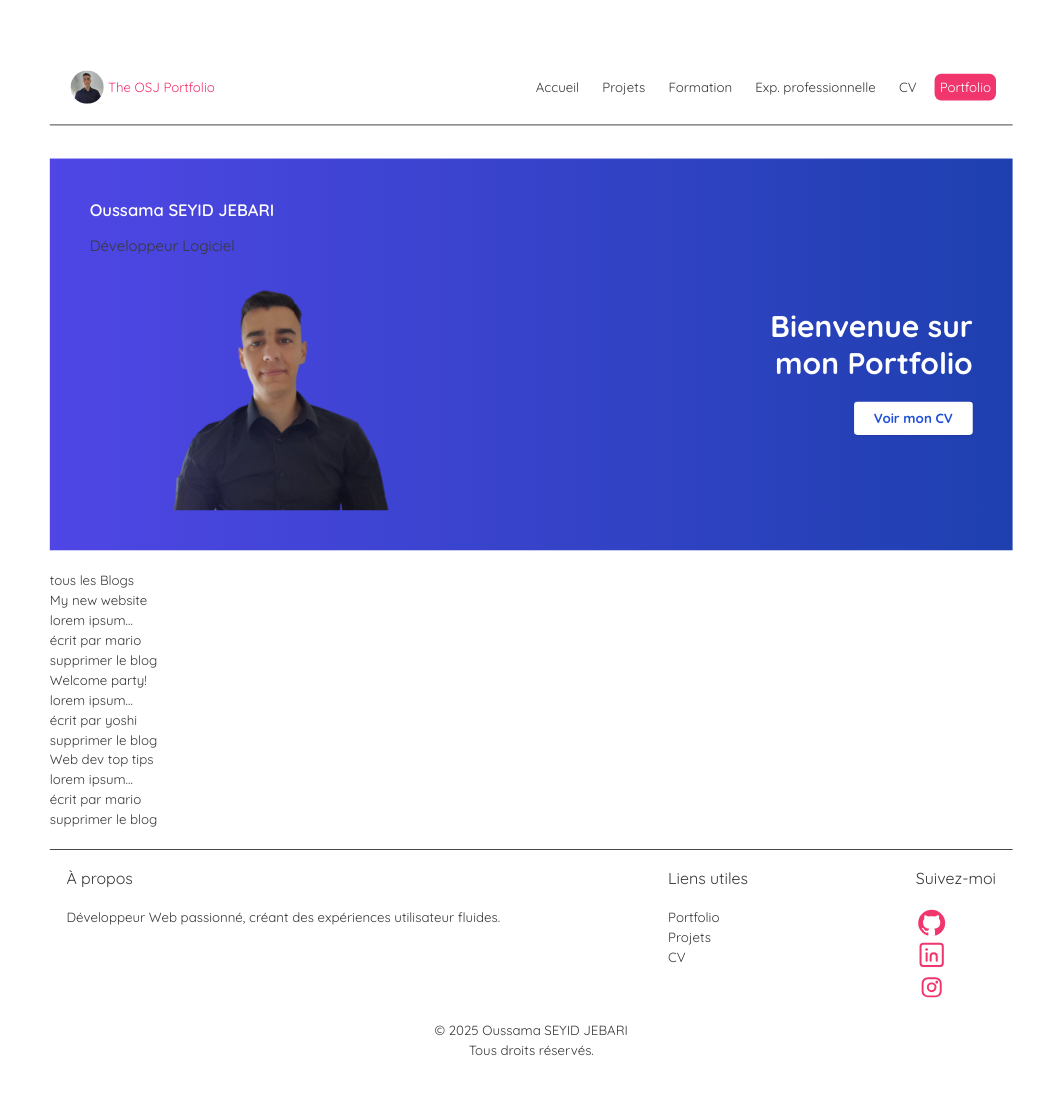
Repository: OussamSJ/Portfolio
Page: /
The author's editor kept a copy of each file at every save. The page is drawn from the files as they stood at one save, then again after the next save.
The browser window is 1280 px wide. The pictures show the whole page, at 83% of full size.
The project was rebuilt for these pictures with package versions that can differ from the ones it lists, and the page was loaded fresh each time. Also part of the build but not shown: src/Random.js, src/Cv.js, src/Expcomponent.js, src/Experiences.js, src/FormationComponent.js, src/Formation.js.

Above is the page before, as saved 2025-05-08 14:56:41.

### public/index.html
<!DOCTYPE html>
<html lang="en">
  <head>
    <meta charset="utf-8" />
    <link rel="icon" href="%PUBLIC_URL%/Logo-Devloper.png" />
    <meta name="viewport" content="width=device-width, initial-scale=1" />
    <meta name="theme-color" content="#000000" />
    <meta
      name="description"
      content="Web site created using create-react-app"
    />
    <link rel="apple-touch-icon" href="%PUBLIC_URL%/logo192.png" />
    <!--
      manifest.json provides metadata used when your web app is installed on a
      user's mobile device or desktop. See https://developers.google.com/web/fundamentals/web-app-manifest/
    -->
    <link rel="manifest" href="%PUBLIC_URL%/manifest.json" />
    <!--
      Notice the use of %PUBLIC_URL% in the tags above.
      It will be replaced with the URL of the `public` folder during the build.
      Only files inside the `public` folder can be referenced from the HTML.

      Unlike "/favicon.ico" or "favicon.ico", "%PUBLIC_URL%/favicon.ico" will
      work correctly both with client-side routing and a non-root public URL.
      Learn how to configure a non-root public URL by running `npm run build`.
    -->
    <title>Portfolio App</title>
  </head>
  <body>
    <noscript>You need to enable JavaScript to run this app.</noscript>
    <div id="root"></div>
    <!--
      This HTML file is a template.
      If you open it directly in the browser, you will see an empty page.

      You can add webfonts, meta tags, or analytics to this file.
      The build step will place the bundled scripts into the <body> tag.

      To begin the development, run `npm start` or `yarn start`.
      To create a production bundle, use `npm run build` or `yarn build`.
    -->
  </body>
</html>

### src/index.css
@import url('https://fonts.googleapis.com/css2?family=Quicksand:wght@300;400;500;600;700&display=swap');
@tailwind base;
@tailwind components;
@tailwind utilities;

/* base styles */
* {
  margin: 0;
  font-family: -apple-system, BlinkMacSystemFont, 'Segoe UI', 'Roboto', 'Oxygen',
    'Ubuntu', 'Cantarell', 'Fira Sans', 'Droid Sans', 'Helvetica Neue',
    sans-serif;
  -webkit-font-smoothing: antialiased;
  -moz-osx-font-smoothing: grayscale;
  font-family: "Quicksand";
  color: #3b3737;
}

code {
  font-family: source-code-pro, Menlo, Monaco, Consolas, 'Courier New',
    monospace;
}
.navbar {
  padding: 20px;
  display: flex;
  align-items: center;
  max-width: 1200px;
  margin: 0 auto;
  border-bottom: 1px solid #212020;

}
.navbar h1 {
  color: #f1356d;
}
.navbar .links {
  margin-left: auto;
}
.navbar a {
  margin-left: 16px;
  text-decoration: none;
  padding: 6px;
}
.navbar img {
 width: 40px;
 height: 40px;
 margin: 5px ;
 object-fit: cover;       /* remplit et rogne si besoin */
 border-radius: 50%;      /* transforme le carré en cercle */
 display: block;
}
.navbar a:hover {
  color: #f1356d;
}
.content {
  max-width: 1200px;
  margin: 40px auto;
  padding: 20px;
}


.couverture {
  background-image:
  url("/public/couverture-portfolio.png");
background-size: cover;        /* couvre tout le conteneur sans déformation */
background-position: center;   /* centre l’image */
background-repeat: no-repeat;  /* pas de répétition */
background-size: contain;
  margin: 20px auto;
  padding: 40px 40px 40px 40px;


  max-width: 1200px;
  display:block;
  flex-direction: column;
  justify-content: center;
  align-items: flex-start;
  padding-left: 60px;
  background: linear-gradient(to right, #7a3ff3, #003b9e); /* dégradé bleu-violet */
  color: white;
  font-family: 'Orbitron', sans-serif; /* une police géométrique, proche de celle utilisée */
}





.couverture h1 {
  margin-top: 20px auto;
  margin-right: 50px;
  align-items: center;
  text-align: center;
  color: aliceblue;
text-align: right;
justify-self: right;
  font-family: 'Agrandir Grand', sans-serif; /* une police futuriste */
}








.portfolio-footer {
  justify-content: space-between;
  display: flex;
  padding: 20px;
  border-top: 1px solid #212020;
}

.card-title{
  margin-bottom:  20px;

  padding: 0;
  font-size: 1.2rem;

}
.social-links a{
  list-style: none;
  text-decoration: none;
  margin-left: auto;
  text-align: left;

}
.social-links img{
 width: 40%;
 height: 40%;
}


ul {
  list-style-type: none;
  padding: 0; /* Supprime le retrait par défaut */
  margin: 0;  /* Supprime la marge par défaut */
}
.social-links a:hover {
  color: #f1356d;
}

.footer-bottom {
  display: block;
  text-align: center;
  }

  ul li {
    text-align: left;

  }



  .not-found {
    justify-content: center;
    align-items: center;
    text-align: center;
    height: 50vh;
    margin-top: 200px;
    font-size: 3rem;
  }


  img-couverture {
    width: 100%;
    height: 100%;
    justify-content: flex-end;
    align-items: center;
    object-fit:fill; /* Remplit l'élément sans déformation */
    border-radius: 50%; /* Transforme le carré en cercle */
    display: flex;
  }

### src/App.js
import React from 'react';
import { BrowserRouter, Routes, Route } from 'react-router-dom';
import ReactDOM from 'react-dom/client';
import Home from './Home';
import Navbar from './Navbar'; // Si vous avez une barre de navigation
import Cv from './Cv'; // Si vous avez une page de CV
import Footbar from './Footbar';
import Experiences from './Experiences';
import Formation from './Formation';

function App() {
  return (
    <BrowserRouter>
      <div className="App">
        <div className='content'>
          <Routes>
            <Route path="/" element={<Home />} />
            <Route path="/cv" element={<Cv />} />
            <Route path="/experiences-professionnelle" element={<div ><Navbar/> <Experiences /><Footbar/></div>} />
            <Route path="/formation" element={<div ><Navbar/> <Formation /><Footbar/></div>} />
            <Route path="*" element={
              <div >
                <Navbar />
                <h1 className='not-found' >Page introuvable</h1>
                <Footbar />
              </div>
            } />
          </Routes>
        </div>
      </div>
    </BrowserRouter>
  );
}

export default App;

### src/Home.js
import { useEffect, useState } from "react";
import BlogList from "./BlogList";
import Random from "./Random";
import Navbar from "./Navbar";
import Footbar from "./Footbar";


const Home = () => {
  const [blogs, setBlogs] = useState([
    { title: 'My new website', body: 'lorem ipsum...', author: 'mario', id: 1 },
    { title: 'Welcome party!', body: 'lorem ipsum...', author: 'yoshi', id: 2 },
    { title: 'Web dev top tips', body: 'lorem ipsum...', author: 'mario', id: 3 }
  ])

  const handleDelete = (id) => {
    const newBlogs = blogs.filter(blog => blog.id !== id);
    setBlogs(newBlogs);
  }


  useEffect(() => {
    console.log('use effect ran');
    console.log(blogs);
  })

  return (
    <div className="Home">
      <Navbar />
      <div className="flex items-center mt-10 justify-between bg-gradient-to-r from-indigo-600 to-blue-800 text-white p-12 flex-wrap">

{/* Partie gauche */}
<div className="flex flex-col items-start space-y-4 max-w-md">
  <h3 className="text-xl text-white font-semibold">Oussama SEYID JEBARI</h3>
  <h3 className="text-lg text-white"><span>Développeur Logiciel</span></h3>
  <div className="w-200 h-200 mt-4 ml-20">
    <img src="oussama_img.png" alt="photo de profil" className="rounded-lg object-cover w-full h-full" />
  </div>
</div>

{/* Partie droite */}
<div className="text-right max-w-md mt-10 md:mt-30">
  <h1 className="text-4xl text-white font-bold mb-6 leading-tight">
    Bienvenue sur <br /> mon Portfolio
  </h1>
  <button className="bg-white text-blue-700 font-bold py-2 px-6 rounded shadow hover:bg-gray-100 transition">
    Voir mon CV
  </button>
</div>
</div>

      <BlogList blogs={blogs} title="tous les Blogs" handleDelete={handleDelete}/> <br/>

      <Footbar/>
    </div>
  );
}

export default Home;

### src/Navbar.js
const Navbar = () => {
    return (
      <nav className="navbar">
        <img src="photo-portfolio.jpg" alt="logo" className="logo" />
        <h1>The OSJ Portfolio</h1>
        <div className="links">
          <a href="/">Accueil</a>
          <a href="/projets">Projets</a>
          <a href="/formation">Formation</a>
          <a href="/experiences-professionnelle">Exp. professionnelle</a>
          <a href="/cv">CV</a>
          <a href="/" style={{
            color: 'white',
            backgroundColor: '#f1356d',
            borderRadius: '8px'
          }}>Portfolio</a></div></nav>
    );
  }

  export default Navbar;

### src/Footbar.js

const Footbar = () => {
  return (
  <div className="footbar">
   <footer class="portfolio-footer">

    <div class="card-deck">
    <div class="card">
      <div class="card-body">
        <h4 class="card-title">À propos</h4>
        <p class="card-text">Développeur Web passionné, créant des expériences utilisateur fluides.</p>
      </div>
    </div>
    </div>

    <div class="card-deck">
    <div class="card">
      <div class="card-body">
        <h4 class="card-title">Liens utiles</h4>
        <ul class="social-links" >
        <li><a href="#">Portfolio</a></li>
        <li><a href="#">Projets</a></li>
        <li><a href="#">CV</a></li>
      </ul>
      </div>
    </div>
    </div>

    <div class="card-deck">
    <div class="card">
      <div class="card-body">
        <h4 class="card-title">Suivez-moi</h4>
        <ul class="social-links">
        <li><a href="https://github.com/OussamSJ#"> <img  src="github.svg"  alt="GitHub"></img></a></li>
        <li><a href="https://www.linkedin.com/in/oussama-sj/  "> <img src="linkedin.svg" alt="LinkedIn"></img></a></li>
        <li><a href="https://www.instagram.com/oussama.sj/"> <img src="instagram.svg" alt="Instagram"></img></a></li>
      </ul>
      </div>
    </div>
    </div>

   </footer>
    <div class="footer-bottom">
    <p>© 2025 Oussama SEYID JEBARI <br/> Tous droits réservés.</p>
    </div>

  </div>

  );
}

export default Footbar;

### src/BlogList.js
const BlogList = ({ blogs, title, handleDelete }) => {
    return (
      <div className="blog-list"> <br/>

        <h2>{ title }</h2>
        {blogs.map(blog => (
          <div className="blog-preview" key={blog.id} >
            <h2>{ blog.title }</h2>
            <h4> {blog.body}    </h4>
            <p>écrit par { blog.author }</p>
            <button  onClick={()=>handleDelete (blog.id)}> supprimer le blog</button>
          </div>
        ))}
      </div>
    );
  }

  export default BlogList;

### tailwind.config.js
/** @type {import('tailwindcss').Config} */
module.exports = {
  content: [  "./src/**/*.{js,ts,jsx,tsx}",],
  theme: {
    extend: {
      colors: {
        primary: '#f1356d', // Exemple
      },
    },
  },
  plugins: [],
}

Loaded but not shown: src/index.js (common file); src/reportWebVitals.js (common file)

After the next save:
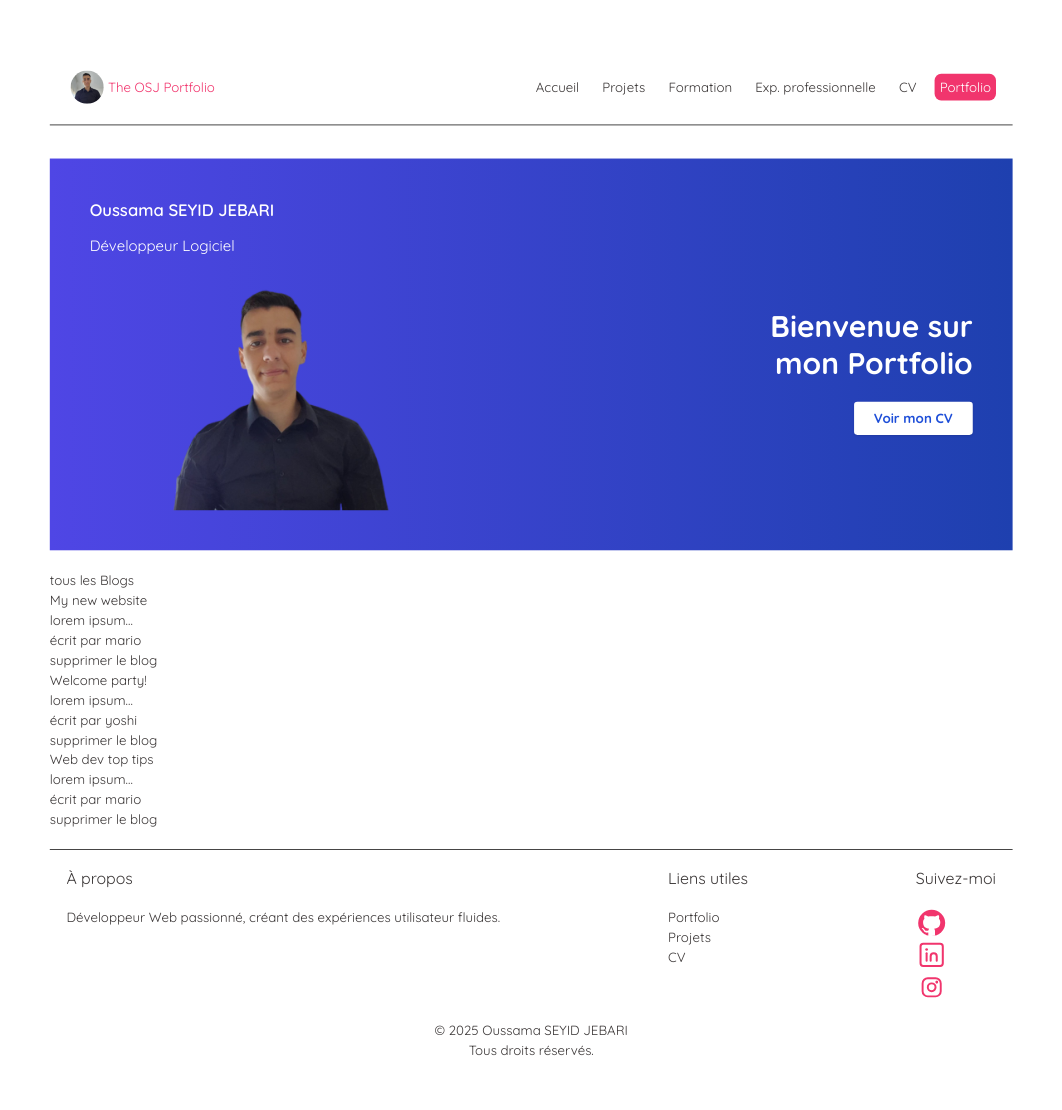
Saved 2 min 35 s later.
--- a/src/Home.js
+++ b/src/Home.js
@@ -31,7 +31,7 @@
 {/* Partie gauche */}
 <div className="flex flex-col items-start space-y-4 max-w-md">
   <h3 className="text-xl text-white font-semibold">Oussama SEYID JEBARI</h3>
-  <h3 className="text-lg text-white"><span>Développeur Logiciel</span></h3>
+  <h3 className="text-lg text-white">Développeur Logiciel</h3>
   <div className="w-200 h-200 mt-4 ml-20">
     <img src="oussama_img.png" alt="photo de profil" className="rounded-lg object-cover w-full h-full" />
   </div>
